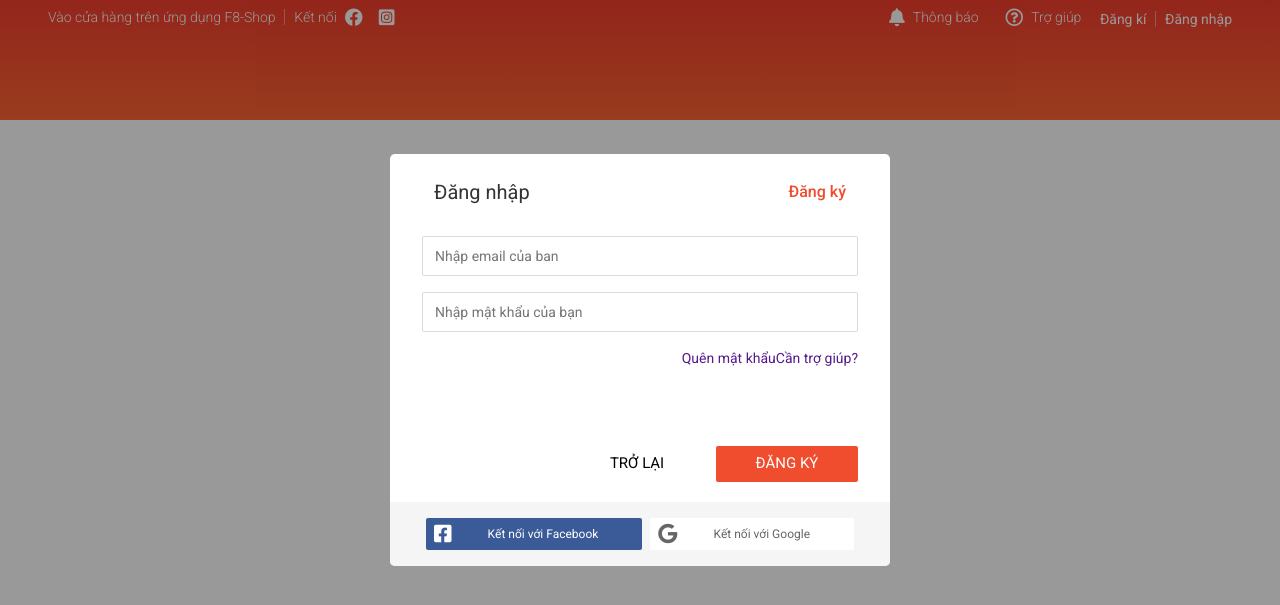
Repository: Phunobita/F8-shop
Page: index.html
These files come from the project's save history. The page is drawn as it stood at one moment and after the next save; the edit follows.
The browser window is 1280 px wide. The pictures show the whole page.

Above is the page before, as saved 2021-11-24 20:44:14.

### index.html
<!DOCTYPE html>
<html lang="en">

<head>
    <meta charset="UTF-8">
    <meta http-equiv="X-UA-Compatible" content="IE=edge">
    <meta name="viewport" content="width=device-width, initial-scale=1.0">
    <link rel="stylesheet" href="https://cdnjs.cloudflare.com/ajax/libs/normalize/8.0.1/normalize.min.css">
    <link rel="stylesheet" href="./assets/css/main.css">
    <link rel="stylesheet" href="./assets/css/base.css">
    <link rel="stylesheet" href="./assets/fonts/fontawesome-free-5.15.4/css/all.min.css">
    <link href="https://fonts.googleapis.com/css2?family=Roboto:wght@300;400;500;700&display=swap" rel="stylesheet">
    <title>F8_Shop</title>
</head>

<body>
    <div class="app">
        <header class="header">
            <div class="grid">
                <nav class="header_navbar">
                    <ul class="header_navbar-list">
                        <li class="header_navbar-item header_navbar-item--has-qr header_navbar-item-separate">
                            Vào cửa hàng trên ứng dụng
                            F8-Shop

                            <!--Header QR-->
                            <div class="header_qr">
                                <img src="./assets/img/QR Code.png" alt="QR_Code" class="header_qr-img">
                                <div class="header_qr-apps">
                                    <a href="" class="header_qr-link">
                                        <img src="./assets/img/ggplay.png" alt="ggplay" class="header_qr-doawload-img">
                                    </a>
                                    <a href="" class="header_qr-link">
                                        <img src="./assets/img/appstore.png" alt="aapstore"
                                            class="header_qr-doawload-img">
                                    </a>
                                </div>
                            </div>
                        </li>
                        <li class="header_navbar-item">
                            <span class="header_navbar-item-title--no-pointer">Kết
                                nối</span>
                            <a href="" class="header_navbar-icon-link">
                                <i class="header_navbar_icon fab fa-facebook"></i>
                                <a href="" class="header_navbar-icon-link">
                                    <i class="header_navbar_icon fab fa-instagram-square"></i>
                                </a>
                        </li>
                    </ul>

                    <ul class="header_navbar-list">
                        <li class="header_navbar-item header_navbar-item--has-notify">
                            <a href="" class="header_navbar-item-link">
                                <i class="header_navbar_icon fas fa-bell"></i>
                                Thông báo
                            </a>

                            <!--Header Notify-->
                            <div class="header_notify">
                                <header class="header_notify-header">
                                    <h3>Thông báo mới nhận
                                    </h3>
                                </header>
                                <ul class="header_notify-list">
                                    <li class="header_notify-item header_notify-item--viewed">
                                        <a href="" class="header_notify-link">
                                            <img src="https://img.abaha.vn/photos/origin/83-1586781803-myphamohui-lgvina.png"
                                                alt="" class="header_notify-img">
                                            <div class="header_notify-info">
                                                <span class="header_notify-name">Set
                                                    kem mắt
                                                    tái sinh
                                                    Ohui The
                                                    First
                                                    Geniture
                                                    Eye
                                                    Cream
                                                    Edition
                                                    Grand
                                                    Blue</span>
                                                <span class="header_notify-description">The
                                                    First
                                                    Geniture
                                                    Eye
                                                    Cream
                                                    Edition
                                                    Grand
                                                    Blue –
                                                    Biểu
                                                    tượng
                                                    của tình
                                                    yêu vĩnh
                                                    cửu</span>
                                            </div>
                                        </a>
                                    </li>
                                    <li class="header_notify-item ">
                                        <a href="" class="header_notify-link">
                                            <img src="https://img.abaha.vn/photos/origin/83-1586781803-myphamohui-lgvina.png"
                                                alt="" class="header_notify-img">
                                            <div class="header_notify-info">
                                                <span class="header_notify-name">Set
                                                    kem mắt
                                                    tái sinh
                                                    Ohui The
                                                    First
                                                    Geniture
                                                    Eye
                                                    Cream
                                                    Edition
                                                    Grand
                                                    Blue</span>
                                                <span class="header_notify-description">The
                                                    First
                                                    Geniture
                                                    Eye
                                                    Cream
                                                    Edition
                                                    Grand
                                                    Blue –
                                                    Biểu
                                                    tượng
                                                    của tình
                                                    yêu vĩnh
                                                    cửu</span>
                                            </div>
                                        </a>
                                    </li>
                                    <li class="header_notify-item header_notify-item--viewed">
                                        <a href="" class="header_notify-link">
                                            <img src="https://img.abaha.vn/photos/origin/83-1586781803-myphamohui-lgvina.png"
                                                alt="" class="header_notify-img">
                                            <div class="header_notify-info">
                                                <span class="header_notify-name">Set
                                                    kem mắt
                                                    tái sinh
                                                    Ohui The
                                                    First
                                                    Geniture
                                                    Eye
                                                    Cream
                                                    Edition
                                                    Grand
                                                    Blue</span>
                                                <span class="header_notify-description">The
                                                    First
                                                    Geniture
                                                    Eye
                                                    Cream
                                                    Edition
                                                    Grand
                                                    Blue –
                                                    Biểu
                                                    tượng
                                                    của tình
                                                    yêu vĩnh
                                                    cửu</span>
                                            </div>
                                        </a>
                                    </li>
                                </ul>
                                <footer class="header_notify-footer">
                                    <a href="" class="header_notify-footer-btn">Xem
                                        tất cả</a>
                                </footer>
                            </div>
                        </li>
                        <li class="header_navbar-item">
                            <a href="" class="header_navbar-item-link">
                                <i class="header_navbar_icon far fa-question-circle"></i>
                                Trợ giúp</a>
                        </li>
                        <li class="header_navbar-item header_navbar-item--strong header_navbar-item-separate">
                            Đăng kí</li>
                        <li class="header_navbar-item header_navbar-item--strong">
                            Đăng nhập</li>
                    </ul>
                </nav>
            </div>

        </header>

        <!--Container-->
        <div class="container">

        </div>

        <!--Footer-->
        <footer class="footer">

        </footer>
    </div>

    <!--Login and resgister-->
    <div class="modal">
        <div class="modal__overlay"></div>
        <div class="modal__body">
            <!--Resgister form-->
            <!-- <div class="auth-form">
                <div class="auth-form__container">
                    <div class="auth-form__header">
                        <h3 class="auth-form__heading">Đăng ký</h3>
                        <span class="auth-form__switch-btn">Đăng nhập</span>
                    </div>
                    <div class="auth-form__form">
                        <div class="auth-form__group">
                            <input type="text" class="auth-form__input" placeholder="Nhập email của ban">
                        </div>

                        <div class="auth-form__group">
                            <input type="password" class="auth-form__input" placeholder="Nhập mật khẩu của bạn">
                        </div>
                        <div class="auth-form__group">
                            <input type="text" class="auth-form__input" placeholder="Nhập lại mật khẩu của ban">
                        </div>
                    </div>

                    <div class="auth-form__aside">
                        <p class="auth-form__policy-text">
                            Bằng việc đăng kí, bạn đã đồng ý với Shopee về
                            <a href="" class="auth-form__text-link">Điểu khoản và dịch vụ</a> &
                            <a href="" class="auth-form__text-link">Chính sách và bảo mật</a>
                        </p>
                    </div>

                    <div class="auth-form__controls">
                        <button class="btn btn-normal auth-form__controls-back">TRỞ LẠI</button>
                        <button class="btn btn--primary">ĐĂNG KÝ</button>
                    </div>
                </div>

                <div class="auth-form__socials">
                    <a href="" class="auth-form__socials--facebook btn btn-size-s btn--with-icon">
                        <i class="auth-form__socials-icon fab fa-facebook-square"></i>
                        <div class="auth-form__socials-title">
                            Kết nối với Facebook
                        </div>
                    </a>
                    <a href="" class="auth-form__socials--google btn btn-size-s btn--with-icon">
                        <i class="auth-form__socials-icon fab fa-google"></i>
                        <div class="auth-form__socials-title">
                            Kết nối với Google
                        </div>
                    </a>
                </div>

            </div>-->


            <!--Login form-->
            <div class="auth-form">
                <div class="auth-form__container">
                    <div class="auth-form__header">
                        <h3 class="auth-form__heading">Đăng nhập</h3>
                        <span class="auth-form__switch-btn">Đăng ký</span>
                    </div>

                    <div class="auth-form__form">
                        <div class="auth-form__group">
                            <input type="text" class="auth-form__input" placeholder="Nhập email của ban">
                        </div>

                        <div class="auth-form__group">
                            <input type="password" class="auth-form__input" placeholder="Nhập mật khẩu của bạn">
                        </div>
                    </div>

                    <div class="auth-form__aside">
                        <div class="auth-form__help">
                            <a href="" class="auth-form__help-link auth-form__help-forgot">Quên mật khẩu</a>
                            <div class="auth-form__help-sperate"></div>
                            <a href="" class="auth-form__help-link">Cần trợ giúp?</a>
                        </div>
                    </div>

                    <div class="auth-form__controls">
                        <button class="btn btn-normal auth-form__controls-back">TRỞ LẠI</button>
                        <button class="btn btn--primary">ĐĂNG KÝ</button>
                    </div>
                </div>

                <div class="auth-form__socials">
                    <a href="" class="auth-form__socials--facebook btn btn-size-s btn--with-icon">
                        <i class="auth-form__socials-icon fab fa-facebook-square"></i>
                        <div class="auth-form__socials-title">
                            Kết nối với Facebook
                        </div>
                    </a>
                    <a href="" class="auth-form__socials--google btn btn-size-s btn--with-icon">
                        <i class="auth-form__socials-icon fab fa-google"></i>
                        <div class="auth-form__socials-title">
                            Kết nối với Google
                        </div>
                    </a>
                </div>

            </div>

        </div>
    </div>
</body>
</htm

### assets/css/main.css
.header {
  height: 120px;
  background-image: linear-gradient(0, #fe6433, #f53e2d);
}
.header_navbar {
  display: flex;
  justify-content: space-between;
}
.header_navbar-list {
  list-style: none;
  padding-left: 0;
  margin-top: 4px;
}

.header_navbar-item {
  margin: 0 8px;
  position: relative;
  min-height: 26px;
}
.header_navbar-item--has-qr:hover .header_qr {
  display: block;
}
.header_navbar-item--has-notify:hover .header_notify {
  display: block;
}
.header_navbar-item,
.header_navbar-item-link {
  display: inline-block;
  font-size: 1.4rem;
  text-decoration: none;
  color: var(--white-color);
  font-weight: 300;
}

.header_navbar-item,
.header_navbar-item-link,
.header_navbar-icon-link {
  display: inline-flex;
  align-items: center;
}
.header_navbar-item:hover,
.header_navbar-item-link:hover,
.header_navbar-icon-link:hover {
  cursor: pointer;
  color: rgba(255, 255, 255, 0.7);
}
.header_navbar-item--strong {
  font-weight: 400;
}
.header_navbar-item-separate::after {
  content: "";
  display: block;
  position: absolute;
  height: 16px;
  border-left: 1px solid #fd9086;
  right: -9px;
  top: 0;
  top: 50%;
  transform: translateY(-50%);
}

.header_navbar-icon-link {
  color: var(--white-color);
  text-decoration: none;
}

.header_navbar_icon {
  font-size: 1.8rem;
  margin: 0 8px;
}
.header_navbar-item-title--no-pointer {
  cursor: text;
  color: var(--white-color);
}

/*Header QR*/
.header_qr {
  background-color: var(--white-color);
  width: 186px;
  position: absolute;
  left: 0;
  top: 118%;
  padding: 8px;
  border-radius: 2px;
  display: none;
  animation: fadeIn ease-in 0.3s;
}
.header_qr::before {
  content: "";
  position: absolute;
  left: 0;
  top: -16px;
  width: 100%;
  height: 20px;
  display: block;
}
.header_qr-img {
  width: 100%;
}
.header_qr-apps {
  display: flex;
  justify-content: space-between;
}
.header_qr-link:nth-child(1) {
  margin-left: 11px;
}
.header_qr-link:nth-child(2) {
  margin-right: 11px;
}
.header_qr-doawload-img {
  height: 16px;
}

/*Header Notify*/
.header_notify {
  position: absolute;
  top: 118%;
  right: 0;
  width: 404px;
  border: 1px solid #d3d3d3;
  background-color: var(--white-color);
  cursor: text;
  user-select: none;
  transform-origin: calc(100%-20px) top;
  will-change: opacity transform;
  animation: headerNotifyGrow ease-in 0.2s;
  border-radius: 2px;
  display: none;
}
.header_notify::before {
  content: "";
  border-width: 20px 26px;
  border-style: solid;
  border-color: transparent transparent var(--white-color) transparent;
  position: absolute;
  top: -29px;
  right: 4px;
}
.header_notify::after {
  content: "";
  position: absolute;
  display: block;
  width: 90px;
  height: 20px;
  right: 0;
  top: -10px;
}
@keyframes headerNotifyGrow {
  from {
    opacity: 0;
    transform: scale(0);
  }
  to {
    opacity: 1;
    transform: scale(1);
  }
}
.header_notify-header {
  height: 40px;
  background-color: var(--white-color);
}
.header_notify-header h3 {
  color: #999;
  margin: 0 0 0 12px;
  font-weight: 400;
  font-size: 1.4rem;
  line-height: 40px;
}
.header_notify-list {
  padding-left: 0;
}
.header_notify-item {
  display: flex;
}
.header_notify-item:hover {
  background-color: #f7f7f7;
}
.header_notify-item--viewed {
  background-color: rgba(239, 77, 45, 0.08);
}

.header_notify-link {
  display: flex;
  padding: 12px 12px;
  width: 100%;
  text-decoration: none;
}
.header_notify-img {
  width: 48px;
  object-fit: contain;
}
.header_notify-info {
  margin-left: 12px;
}
.header_notify-name {
  display: block;
  line-height: 1.8rem;
  font-size: 1.4rem;
  color: var(--back-color);
  font-weight: 400;
}
.header_notify-description {
  display: block;
  line-height: 1.4rem;
  font-size: 1.2rem;
  color: #756f6e;
  margin-top: 4px;
}

.header_notify-footer {
  display: flex;
}
.header_notify-footer-btn {
  text-decoration: none;
  padding: 8px 48px;
  color: var(--text-color);
  margin: auto;
  font-size: 1.4rem;
  font-weight: 400;
}

/* Form login */
.auth-form {
  width: 500px;
  border-radius: 5px;
  overflow: hidden;
  background-color: var(--white-color);
}

.auth-form__container {
  padding: 0 32px;
}
.auth-form__header {
  display: flex;
  align-items: center;
  justify-content: space-between;
  padding: 0 12px;
  margin-top: 10px;
}
.auth-form__heading {
  font-size: 2rem;
  font-weight: 400;
  color: var(--text-color);
}
.auth-form__switch-btn {
  font-size: 1.6rem;
  color: var(--primary-color);
  font-weight: 500;
  cursor: pointer;
}
.auth-form__form {
}
.auth-form__input {
  height: 40px;
  width: 100%;
  margin-top: 16px;
  padding: 0 12px;
  font-size: 1.4rem;
  border: 1px solid var(--border-color);
  border-radius: 2px;
  outline: none;
}
.auth-form__input:focus {
  border-color: #888;
}
.auth-form__aside {
  margin-top: 18px;
}
.auth-form__policy-text {
  font-size: 1.2rem;
  line-height: 1.8rem;
  text-align: center;
}
.auth-form__text-link {
  color: var(--primary-color);
  text-decoration: none;
}
.auth-form__controls {
  margin-top: 80px;
  display: flex;
  justify-content: flex-end;
}
.auth-form__controls-back {
  margin-right: 8px;
  background-color: var(--white-color);
}
.auth-form__socials {
  background-color: #f5f5f5;
  padding: 16px 36px;
  display: flex;
  justify-content: space-between;
  margin-top: 20px;
}
.auth-form__socials-icon {
  font-size: 2rem;
}
.auth-form__socials--facebook {
  color: var(--white-color);
  background-color: #3a5a98;
}
.auth-form__socials--facebook.auth-form__socials-icon {
  color: var(--white-color);
}
.auth-form__socials-title {
  margin: 0 36px;
}
.auth-form__socials--google {
  color: #666;
  background-color: var(--white-color);
}
.auth-form__help {
  display: flex;
  justify-content: flex-end;
  font-size: 1.4rem;
}
.auth-form__help-link {
  text-decoration: none;
}
.auth-form__help-forgot {
}
.auth-form__help-sperate {
}

### assets/css/base.css
:root {
  --primary-color: #ef4d2d;
  --white-color: #fff;
  --back-color: #000;
  --text-color: #333;
  --border-color: #dbdbdb;
}
* {
  box-sizing: inherit;
}
html {
  /*Hack*/
  font-size: 62.5%;
  line-height: 1.6rem;
  font-family: "Roboto", sans-serif;
  box-sizing: border-box;
}
.grid {
  width: 1200px;
  max-width: 100%;
  margin: 0 auto;
}

.grid_full_width {
  width: 100%;
}

.grid_row {
  display: flex;
  flex-wrap: wrap;
}

/*Animation*/
@keyframes fadeIn {
  from {
    opacity: 0;
  }
  to {
    opacity: 1;
  }
}

/* Modal layout */
.modal {
  position: fixed;
  top: 0;
  right: 0;
  bottom: 0;
  left: 0;
  display: flex;
}
.modal__overlay {
  position: absolute;
  width: 100%;
  height: 100%;
  background-color: rgba(0, 0, 0, 0.4);
}
.modal__body {
  position: relative;
  margin: auto;
  z-index: 1;
}
.modal__inner {
}

.btn {
  min-width: 142px;
  height: 36px;
  text-decoration: none;
  border: none;
  border-radius: 2px;
  font-size: 1.5rem;
  padding: 0 12px;
  outline: none;
  cursor: pointer;
  display: flex;
  align-items: center;
  justify-content: center;
}
.btn.btn-normal:hover {
  background-color: rgba(0, 0, 0, 0.05);
}
.btn-size-s {
  height: 32px;
  font-size: 1.2rem;
  padding: 0 8px;
}
.btn.btn--primary {
  color: var(--white-color);
  background-color: var(--primary-color);
}
.btn.btn--disable {
  color: #949494;
  cursor: default;
  background-color: #999;
}

Loaded but not shown: assets/fonts/fontawesome-free-5.15.4/css/all.min.css (library)

After the next save:
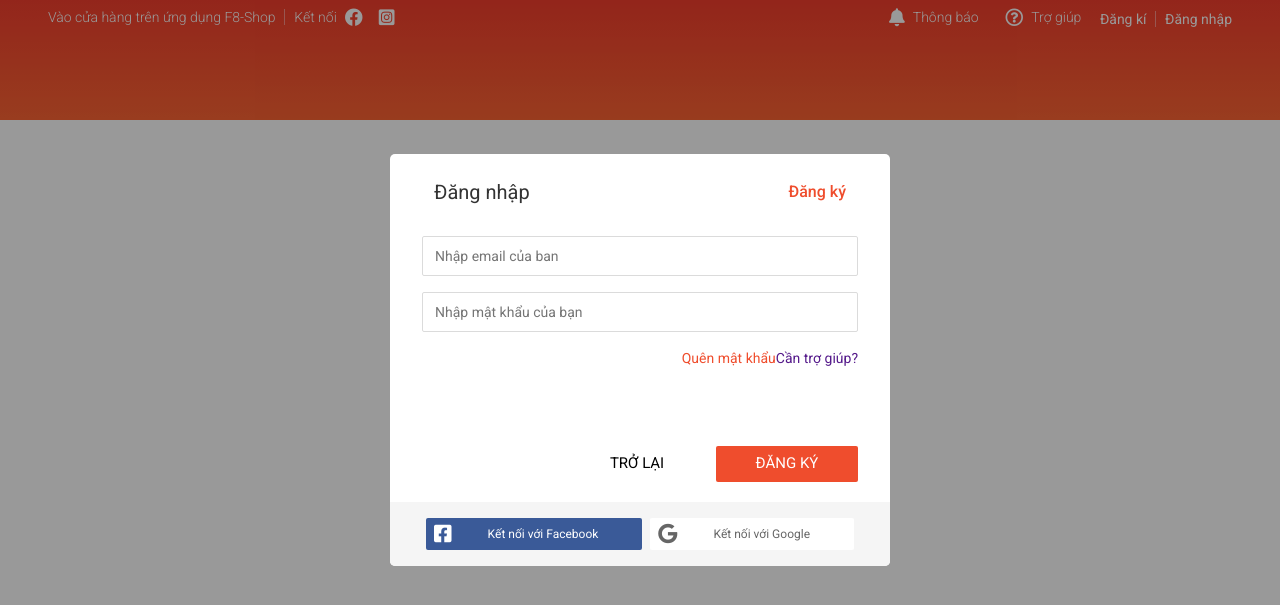
Saved 15 s later.
--- a/assets/css/main.css
+++ b/assets/css/main.css
@@ -317,6 +317,7 @@
   text-decoration: none;
 }
 .auth-form__help-forgot {
+  color: var(--primary-color);
 }
 .auth-form__help-sperate {
 }
